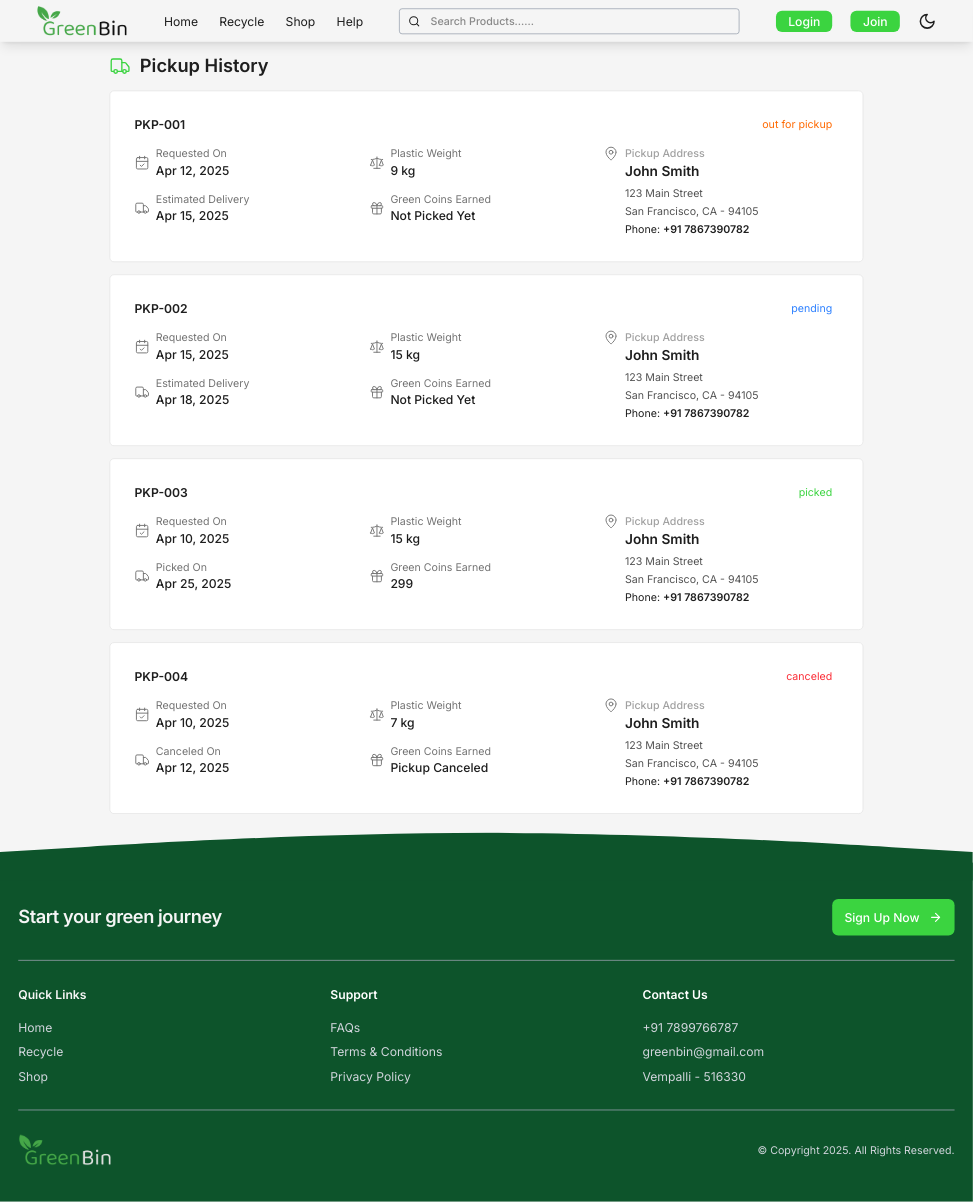
Repository: Siddhu123456/Plastic-Waste-Management
Page: /pickups (app in frontend/)
These files come from the project's save history. The page is drawn as it stood at one moment and after the next save; the edit follows.
The browser window is 1280 px wide. The pictures show the whole page, at 76% of full size.
The project was rebuilt for these pictures with package versions that can differ from the ones it lists, and the page was loaded fresh each time. Also part of the build but not shown: frontend/vite.config.js, frontend/src/components/ProductCard.jsx, frontend/src/components/TrendingProductsCarousel.jsx, frontend/src/pages/Home.jsx, frontend/src/components/FilterBar.jsx, frontend/src/pages/customer/Shop.jsx, frontend/src/pages/customer/Recycle.jsx, frontend/src/components/CartItemCard.jsx and 14 more. Imported but missing from the stored project, and not drawn on this page: frontend/src/pages/Help, frontend/src/pages/customer/WishList.

Above is the page before, as saved 2025-05-06 12:19:33.

After the next save:
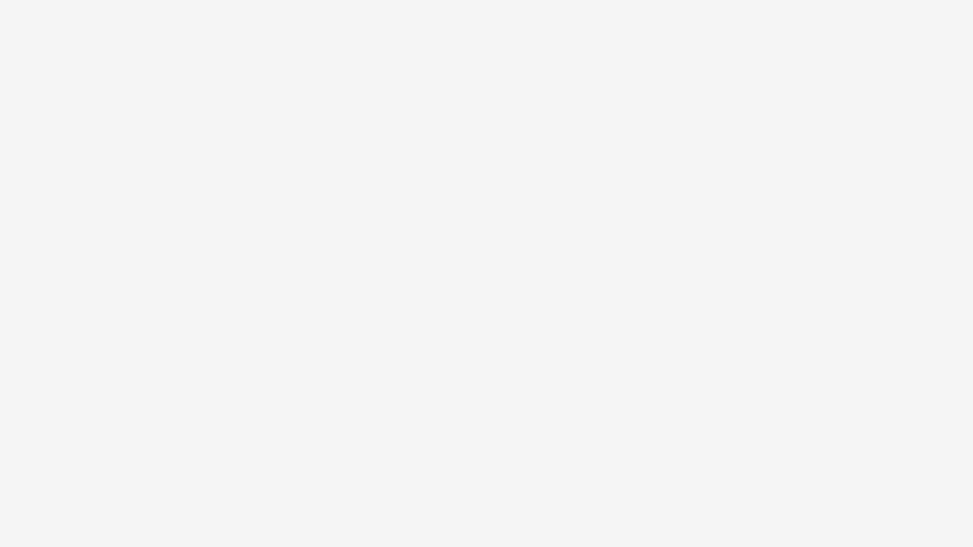
Console error: ReferenceError: useState is not defined
Saved 13 min 32 s later.
--- a/frontend/src/pages/customer/PickupHistory.jsx
+++ b/frontend/src/pages/customer/PickupHistory.jsx
@@ -77,6 +77,27 @@ const formatDate = (dateStr) => {
 
 
 const PickupHistory = () => {
+
+    const user = JSON.parse(localStorage.getItem('user'));
+    const userId = user?.id;
+
+    const [pickups, setPickups] = useState([]);
+
+    const fetchPickups = async () => {
+      try {
+        const response = await axios.get(`http://localhost:8080/api/pickups/user/${userId}`);
+        setPickups(response.data);
+      } catch (error) {
+        console.error("Failed to fetch pickups:", error);
+      }
+    };
+
+    useEffect(() => {
+      if (userId) {
+        fetchPickups();
+      }
+    }, [userId]);
+
 
   const getStatusColor = (status) => {
     switch (status) {

After the save that followed:
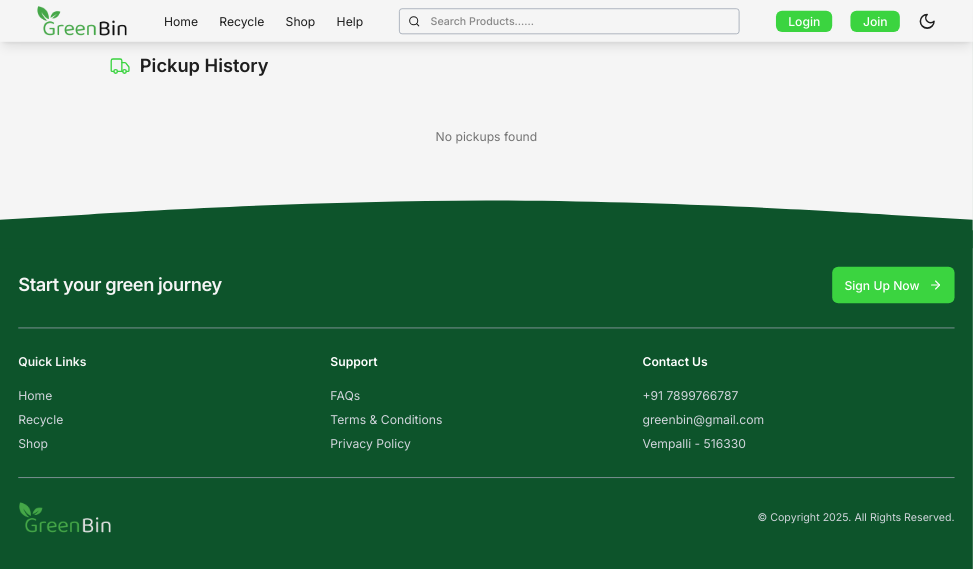
The error is gone.
Saved 43 s later.
--- a/frontend/src/pages/customer/PickupHistory.jsx
+++ b/frontend/src/pages/customer/PickupHistory.jsx
@@ -1,3 +1,5 @@
+import axios from "axios";
+import { useEffect, useState } from "react";
 import { LuCalendarCheck, LuCoins, LuGift, LuMapPin, LuScale, LuTruck } from "react-icons/lu";
 import { PiCalendarCheck, PiMapPin, PiScales, PiTruckTrailer } from "react-icons/pi";
 
